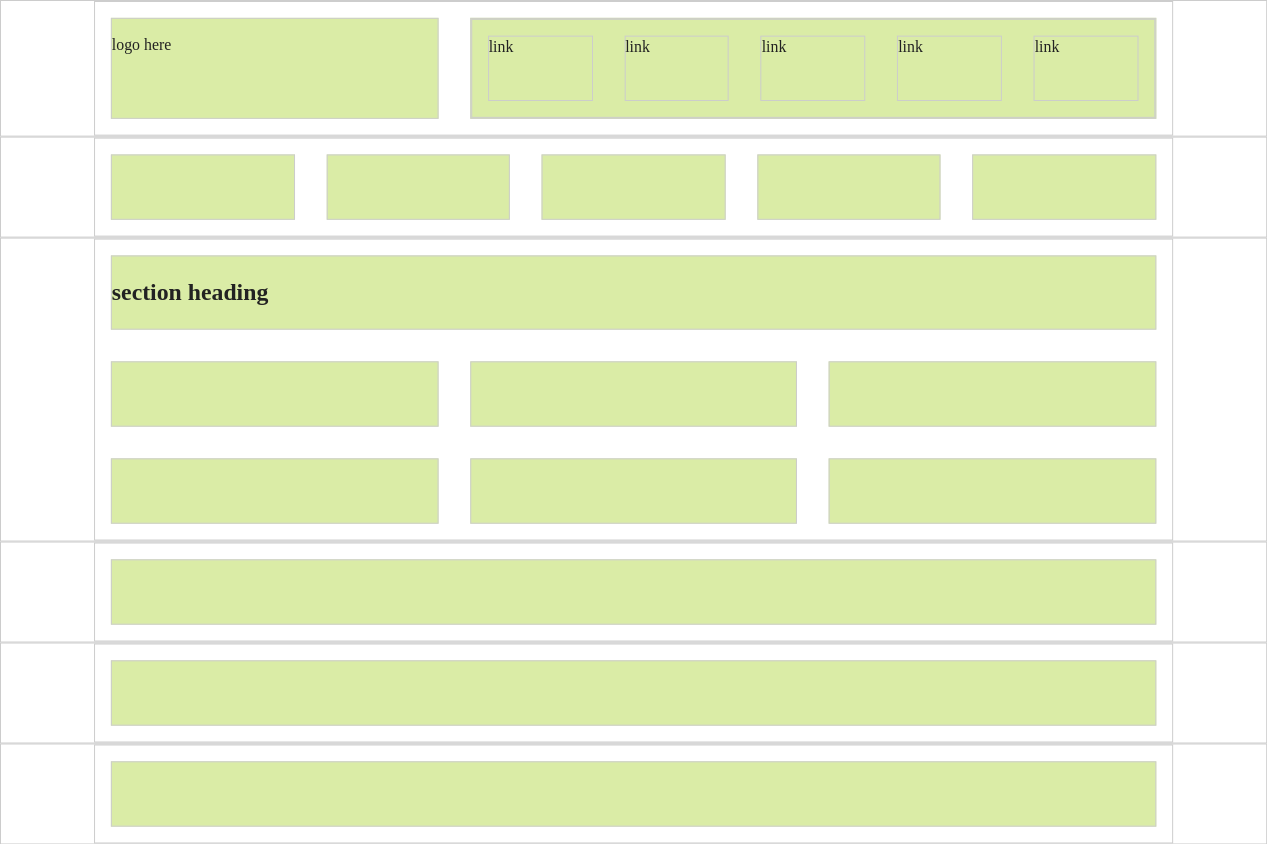
Repository: AlexBCIT/metrolicspractice
Page: index.html
These files come from the project's save history. The page is drawn as it stood at one moment and after the next save; the edit follows.
The browser window is 1280 px wide. The pictures show the whole page, at 99% of full size.

Above is the page before, as saved 2021-01-29 10:37:50.

After the next save:
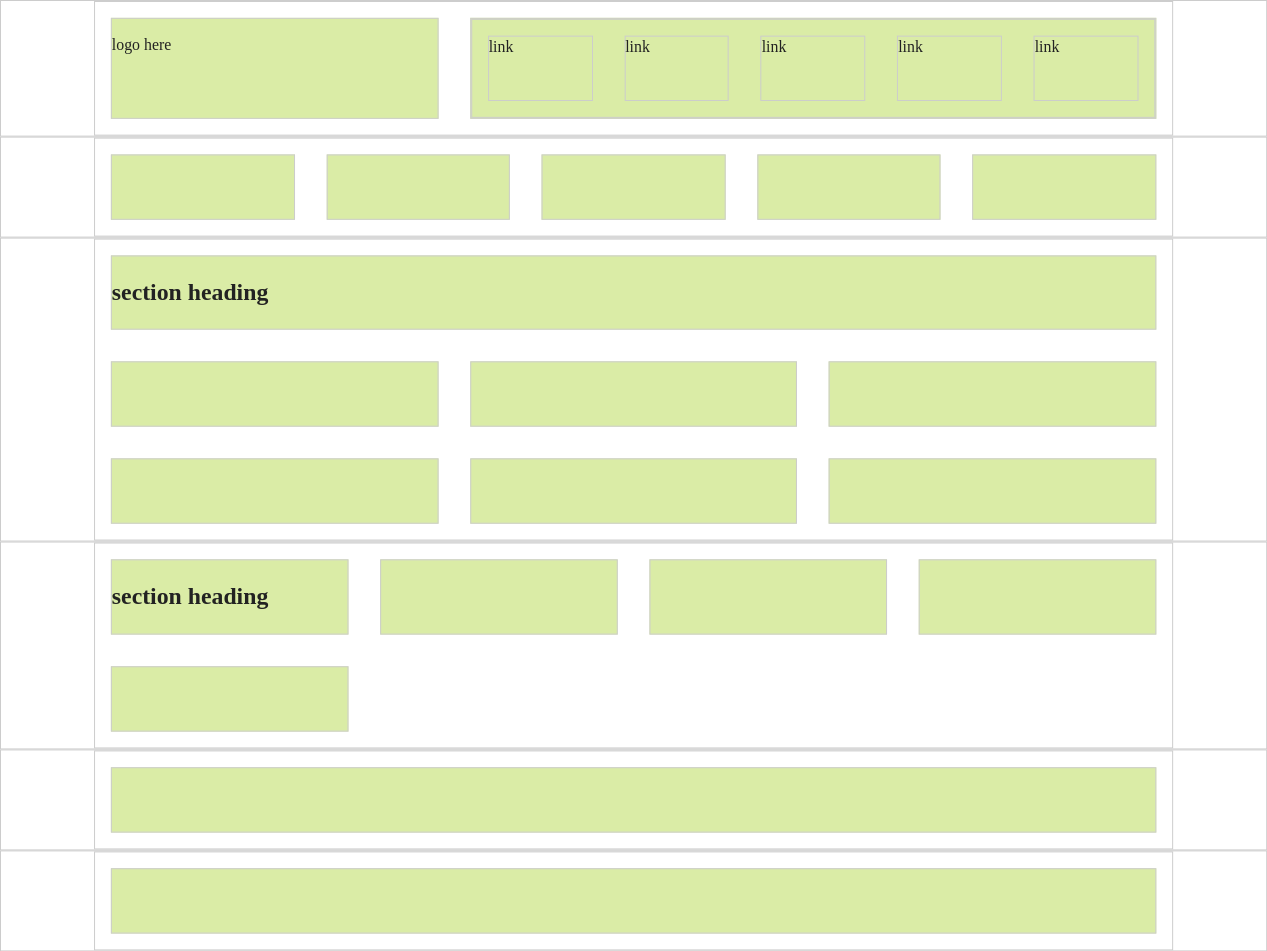
Saved 9 min 52 s later.
--- a/index.html
+++ b/index.html
@@ -86,7 +86,19 @@
         </div>
     </div>
     <div class="container">
-        <div class="row">
+        <div class="row col-4">
+            <div class="column">
+                <h2>section heading</h2>
+            </div>
+            <div class="column">
+
+            </div>
+            <div class="column">
+
+            </div>
+            <div class="column">
+
+            </div>
             <div class="column">
 
             </div>
